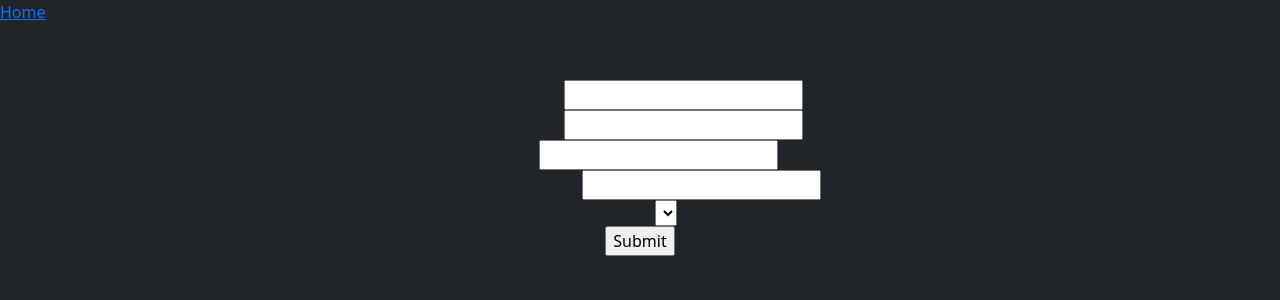
Repository: Jannis-Buschhaus/simplilearn-assessment-phase2
Page: http://localhost/FunfitWebapp/ParticipantsController?target=addParticipant
An editor plug-in stored every save of this project. The page is shown before and after the next save, followed by the edit.
The browser window is 1280 px wide. The pictures show the whole page.
The page is served by Tomcat 9. Other server files are loaded and not shown. Queries for data that is not in the repository find no rows.

Above is the page before, as saved 2024-05-30 14:42:16.

### FunfitWebapp/src/main/webapp/addParticipant.jsp
<%@ page language="java" contentType="text/html; charset=UTF-8"
    pageEncoding="UTF-8"%>
    <%@ taglib prefix="c" uri="http://java.sun.com/jsp/jstl/core" %>
<!DOCTYPE html>
<html>
<head>
<meta charset="UTF-8">
<title>Add Participant</title>
<link href="https://cdn.jsdelivr.net/npm/bootstrap@5.3.3/dist/css/bootstrap.min.css" rel="stylesheet" integrity="sha384-QWTKZyjpPEjISv5WaRU9OFeRpok6YctnYmDr5pNlyT2bRjXh0JMhjY6hW+ALEwIH" crossorigin="anonymous">
</head>
<body class="bg-dark">
	<a href="index.jsp">Home</a>
	<div class="text-center">
		<h1>Add Participant</h1>
		<form action="ParticipantsController" method="post">
			<label for="fname">First name:</label>
				<input type="text" name="fname" /><br />
			<label for="lname">Last name:</label>
				<input type="text" name="lname" /><br />
			<label for="age">Age:</label>
				<input type="number" name="age" /><br />
			<label for="phoneNumber">Phone Number:</label>
				<input type="text" name="phoneNumber" /><br />
			<label for="batchId">Batch:</label>
				<select name="batchId">
					<c:forEach var="batch" items="${ sessionScope.batch }">
						<option value="${ batch.getBatchId() }">${ batch.getTypeOfBatch() } ${ batch.getTime() }</option>
					</c:forEach>
				</select><br />
			<input type="submit" value="Submit" />
		</form>
	</div>
</body>
</html>

### FunfitWebapp/src/main/java/com/funfit/controller/ParticipantsController.java
package com.funfit.controller;

import java.io.IOException;
import java.io.PrintWriter;
import java.util.List;

import javax.servlet.RequestDispatcher;
import javax.servlet.ServletException;
import javax.servlet.annotation.WebServlet;
import javax.servlet.http.HttpServlet;
import javax.servlet.http.HttpServletRequest;
import javax.servlet.http.HttpServletResponse;
import javax.servlet.http.HttpSession;

import com.funfit.bean.Batch;
import com.funfit.bean.Participants;
import com.funfit.service.BatchService;
import com.funfit.service.ParticipantsService;

@WebServlet("/ParticipantsController")
public class ParticipantsController extends HttpServlet {
	private static final long serialVersionUID = 1L;

    public ParticipantsController() {
        super();
    }

	protected void doGet(HttpServletRequest request, HttpServletResponse response) throws ServletException, IOException {
		HttpSession hs = request.getSession();
		List<Batch> lb = BatchService.getBatch();
		hs.setAttribute("batch", lb);
		if(request.getParameter("target").equals("addParticipant")) {
			RequestDispatcher rd = request.getRequestDispatcher("addParticipant.jsp");
			rd.forward(request, response);
		}
		else {
			RequestDispatcher rd = request.getRequestDispatcher("viewParticipants.jsp");
			List<Participants> lp = ParticipantsService.getParticipants();
			hs.setAttribute("participants", lp);
			rd.forward(request, response);
		}
	}

	protected void doPost(HttpServletRequest request, HttpServletResponse response) throws ServletException, IOException {
		PrintWriter pw = response.getWriter();

		List<Batch> lb = BatchService.getBatch();
		HttpSession hs = request.getSession();
		hs.setAttribute("batch", lb);

		Participants p = new Participants();
		p.setFname(request.getParameter("fname"));
		p.setLname(request.getParameter("lname"));
		p.setAge(Integer.parseInt(request.getParameter("age")));
		p.setPhoneNumer(request.getParameter("phoneNumber"));
		p.setBatchId(Integer.parseInt(request.getParameter("batchId")));

		response.setContentType("text/html");

		if(request.getParameter("update") != null) {
			p.setPartId(Integer.parseInt(request.getParameter("partId")));
			List<Participants> lp = ParticipantsService.updateParticipant(p);
			if(lp != null) {
				hs.setAttribute("participants", lp);
				pw.println("Participant updated successfully");
			} else {
				pw.println("Participant update unsuccessful");
			}
			RequestDispatcher rd = request.getRequestDispatcher("viewParticipants.jsp");
			rd.include(request, response);
		} else {
			pw.println(ParticipantsService.addParticipant(p));
			RequestDispatcher rd = request.getRequestDispatcher("addParticipant.jsp");
			rd.include(request, response);
		}
	}

	@Override
	protected void doPut(HttpServletRequest req, HttpServletResponse resp) throws ServletException, IOException {
		System.out.println("doPut() called");
	}

	@Override
	protected void doDelete(HttpServletRequest req, HttpServletResponse resp) throws ServletException, IOException {
		int partId = Integer.parseInt(req.getParameter("id"));
		PrintWriter pw = resp.getWriter();
		RequestDispatcher rd = req.getRequestDispatcher("viewParticipants.jsp");
		resp.setContentType("text/html");
		pw.println(ParticipantsService.deleteParticipant(partId));
		rd.include(req, resp);
	}
}

### FunfitWebapp/src/main/java/com/funfit/service/BatchService.java
package com.funfit.service;

import java.util.List;

import com.funfit.bean.Batch;
import com.funfit.dao.BatchDao;

public class BatchService {
	public static String addBatch(Batch batch) {
		if(BatchDao.addBatch(batch) > 0) {
			return "Batch details added.";
		} else {
			return "Batch details were not added.";
		}
	}

	public static List<Batch> getBatch(){
		return BatchDao.getBatch();
	}

	public static String deleteBatch(int batchId) {
		if(BatchDao.deleteBatch(batchId) > 0) {
			return "Batch "+batchId+"deleted successfully";
		} else {
			return "Unable to delete batchID: "+batchId;
		}
	}

	public static List<Batch> updateBatch(Batch b) {
		List<Batch> lb = BatchDao.updateBatch(b);
		if(lb != null) {
			return lb;
		} else {
			return null;
		}
	}
}

### FunfitWebapp/src/main/java/com/funfit/dao/BatchDao.java
package com.funfit.dao;

import java.sql.Connection;
import java.sql.PreparedStatement;
import java.sql.ResultSet;
import java.util.ArrayList;
import java.util.List;

import com.funfit.bean.Batch;
import com.funfit.resource.DbResource;

public class BatchDao {

		public static int addBatch (Batch batch) {
			try {
				Connection con = DbResource.getConnection();
				PreparedStatement pstmt = con.prepareStatement("insert into batch values(null, ?, ?);");
				pstmt.setString(1, batch.getTypeOfBatch());
				pstmt.setString(2, batch.getTime());
				return pstmt.executeUpdate();
			} catch (Exception e) {
				System.err.println(e.getMessage());
				return 0;
			}
		}
		public static List<Batch> getBatch(){
			try {
				List<Batch> lb = new ArrayList();
				Connection con = DbResource.getConnection();
				PreparedStatement pstmt = con.prepareStatement("select * from batch;");
				ResultSet rs = pstmt.executeQuery();
				while(rs.next()) {
					Batch b = new Batch();
					b.setBatchId(rs.getInt(1));
					b.setTypeOfBatch(rs.getString(2));
					b.setTime(rs.getString(3));
					lb.add(b);
				}
				return lb;
			} catch (Exception e) {
				System.err.println(e.getMessage());
				return null;
			}
		}
		public static int deleteBatch(int batchId) {
			try {
				Connection con = DbResource.getConnection();
				PreparedStatement pstmt = con.prepareStatement("delete from batch where batchId=?;");
				pstmt.setInt(1, batchId);
				return pstmt.executeUpdate();
			} catch (Exception e) {
				return 0;
			}

		}

		public static List<Batch> updateBatch(Batch b) {
			try {
				Connection con = DbResource.getConnection();
				PreparedStatement pstmt = con.prepareStatement("update batch set typeOfBatch=?, time=? where batchId=?;");
				pstmt.setString(1, b.getTypeOfBatch());
				pstmt.setString(2, b.getTime());
				pstmt.setInt(3, b.getBatchId());
				int result = pstmt.executeUpdate();
				if (result > 0) {
					List<Batch> lb = new ArrayList();
					PreparedStatement pstmt2 = con.prepareStatement("select * from batch;");
					ResultSet rs = pstmt2.executeQuery();
					while(rs.next()) {
						Batch bb = new Batch();
						bb.setBatchId(rs.getInt(1));
						bb.setTypeOfBatch(rs.getString(2));
						bb.setTime(rs.getString(3));
						lb.add(bb);
					}
					return lb;
				} else {
					return null;
				}
			} catch (Exception e) {
				return null;
			}
		}
}

### FunfitWebapp/src/main/java/com/funfit/resource/DbResource.java
package com.funfit.resource;

import java.sql.Connection;
import java.sql.DriverManager;

public class DbResource {
	public static Connection getConnection () {
		try {
			Class.forName("com.mysql.cj.jdbc.Driver");
			Connection con = DriverManager.getConnection("jdbc:mysql://10.99.0.2:3306/funfit_db", "remoteUser", "my_password");
			return con;
		} catch (Exception e) {
			System.err.println(e.getMessage());
			return null;
		}
	}
}

After the next save:
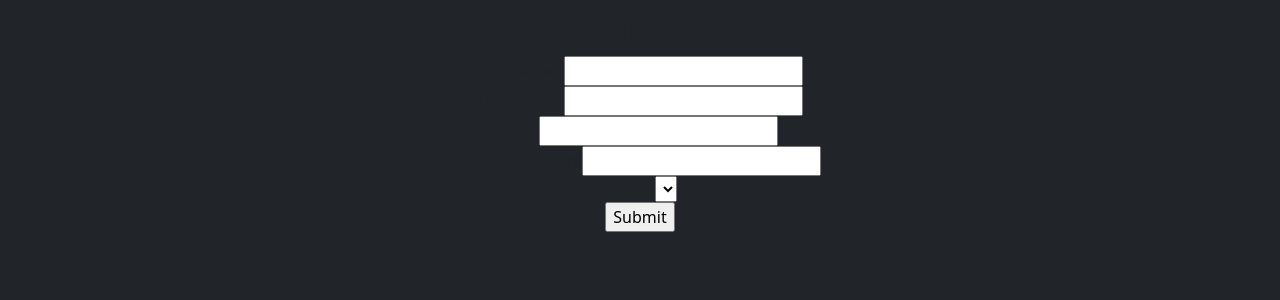
Saved 9 s later.
--- a/FunfitWebapp/src/main/webapp/addParticipant.jsp
+++ b/FunfitWebapp/src/main/webapp/addParticipant.jsp
@@ -9,7 +9,6 @@
 <link href="https://cdn.jsdelivr.net/npm/bootstrap@5.3.3/dist/css/bootstrap.min.css" rel="stylesheet" integrity="sha384-QWTKZyjpPEjISv5WaRU9OFeRpok6YctnYmDr5pNlyT2bRjXh0JMhjY6hW+ALEwIH" crossorigin="anonymous">
 </head>
 <body class="bg-dark">
-	<a href="index.jsp">Home</a>
 	<div class="text-center">
 		<h1>Add Participant</h1>
 		<form action="ParticipantsController" method="post">
